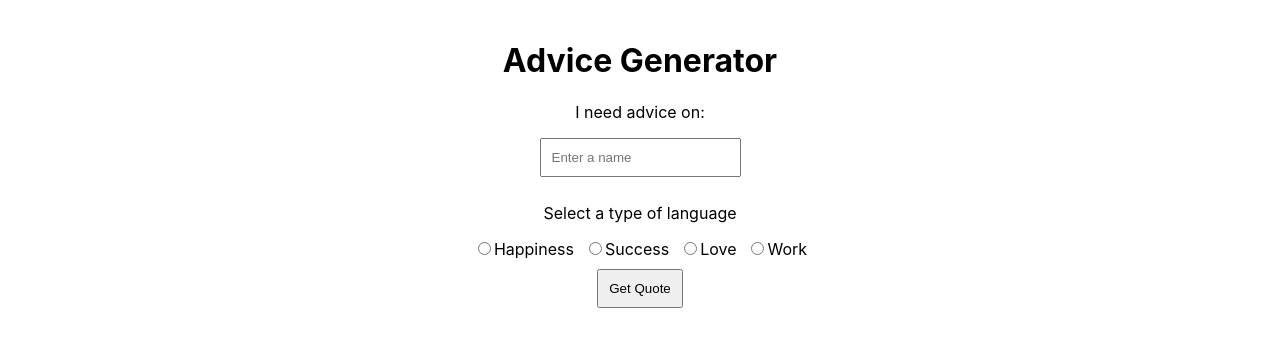
Repository: Allen-Feng-04/Advice_Generator
Page: /
An editor plug-in stored every save of this project. The page is shown before and after the next save, followed by the edit.
The browser window is 1280 px wide. The pictures show the whole page.
The project was rebuilt for these pictures with package versions that can differ from the ones it lists, and the page was loaded fresh each time.

Above is the page before, as saved 2024-10-27 00:43:23.

### public/index.html
<!DOCTYPE html>
<html lang="en">
  <head>
    <meta charset="utf-8" />
    <link rel="icon" href="%PUBLIC_URL%/favicon.ico" />
    <meta name="viewport" content="width=device-width, initial-scale=1" />
    <meta name="theme-color" content="#000000" />
    <meta
      name="description"
      content="Web site created using create-react-app"
    />
    <link rel="apple-touch-icon" href="%PUBLIC_URL%/logo192.png" />
    <!--
      manifest.json provides metadata used when your web app is installed on a
      user's mobile device or desktop. See https://developers.google.com/web/fundamentals/web-app-manifest/
    -->
    <link rel="manifest" href="%PUBLIC_URL%/manifest.json" />
    <!--
      Notice the use of %PUBLIC_URL% in the tags above.
      It will be replaced with the URL of the `public` folder during the build.
      Only files inside the `public` folder can be referenced from the HTML.

      Unlike "/favicon.ico" or "favicon.ico", "%PUBLIC_URL%/favicon.ico" will
      work correctly both with client-side routing and a non-root public URL.
      Learn how to configure a non-root public URL by running `npm run build`.
    -->
    <title>React Appdd</title>
  </head>
  <body>
    <noscript>You need to enable JavaScript to run this appfff.</noscript>
    <div id="root"></div>
    <!--
      This HTML file is a template.
      If you open it directly in the browser, you will see an empty page.

      You can add webfonts, meta tags, or analytics to this file.
      The build step will place the bundled scripts into the <body> tag.

      To begin the development, run `npm start` or `yarn start`.
      To create a production bundle, use `npm run build` or `yarn build`.
    -->
  </body>
</html>

### src/App.js
import React, { useState } from 'react';

function App() {
    // State to store the selected keyword
    const [keyword, setKeyword] = useState('');
    // State to store the entered name
    const [name, setName] = useState('');
    // State to store the quote fetched from the API
    const [quote, setQuote] = useState('');

    // Function to fetch a quote based on the selected keyword
    const fetchQuote = async () => {
        const apiUrl = `https://api.adviceslip.com/advice/search/${encodeURIComponent(name || 'Love')}`;
        try {
            const response = await fetch(apiUrl);
            const data = await response.json();
            setQuote(data["slips"][0]["advice"]); // Set the quote text
        } catch (error) {
            setQuote("Error fetching advice. Please try again later.");
        }
    };

    // Function to handle form submission
    const handleSubmit = (e) => {
        e.preventDefault();
        fetchQuote();
    };

    return (
        <div style={{ textAlign: 'center', padding: '20px' }}>
            <h1>Advice Generator</h1>
            <form onSubmit={handleSubmit}>
                <p>I need advice on:</p>
                <input
                    type="text"
                    value={name}
                    onChange={(e) => setName(e.target.value)}
                    placeholder="Enter a name"
                    style={{ padding: '10px', marginBottom: '10px' }}
                />
                <p>Select a type of language</p>
                <label>
                    <input
                        type="radio"
                        value="happiness"
                        checked={keyword === "happiness"}
                        onChange={(e) => setKeyword(e.target.value)}
                    />
                    Happiness
                </label>
                <label style={{ marginLeft: '10px' }}>
                    <input
                        type="radio"
                        value="success"
                        checked={keyword === "success"}
                        onChange={(e) => setKeyword(e.target.value)}
                    />
                    Success
                </label>
                <label style={{ marginLeft: '10px' }}>
                    <input
                        type="radio"
                        value="love"
                        checked={keyword === "love"}
                        onChange={(e) => setKeyword(e.target.value)}
                    />
                    Love
                </label>
                <label style={{ marginLeft: '10px' }}>
                    <input
                        type="radio"
                        value="work"
                        checked={keyword === "work"}
                        onChange={(e) => setKeyword(e.target.value)}
                    />
                    Work
                </label>
                <br />
                <button type="submit" style={{ padding: '10px', marginTop: '10px' }}>Get Quote</button>
            </form>
            <div style={{ marginTop: '20px' }}>
                {quote && <p style={{ fontSize: '1.5em', fontStyle: 'italic' }}>"{quote}"</p>}
            </div>
        </div>
    );
}

export default App;

Loaded but not shown: src/index.js (common file); src/index.css (common file); src/reportWebVitals.js (common file)

After the next save:
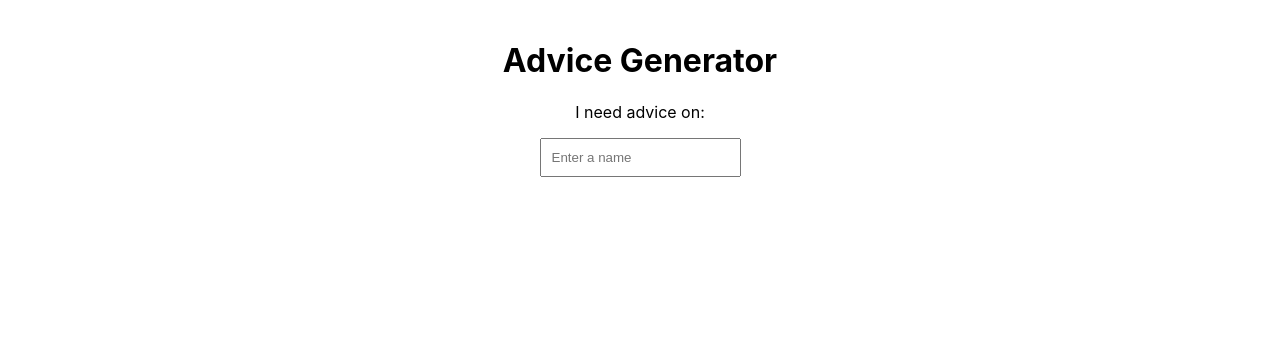
Saved 112 s later.
--- a/src/App.js
+++ b/src/App.js
@@ -38,45 +38,7 @@ function App() {
                     placeholder="Enter a name"
                     style={{ padding: '10px', marginBottom: '10px' }}
                 />
-                <p>Select a type of language</p>
-                <label>
-                    <input
-                        type="radio"
-                        value="happiness"
-                        checked={keyword === "happiness"}
-                        onChange={(e) => setKeyword(e.target.value)}
-                    />
-                    Happiness
-                </label>
-                <label style={{ marginLeft: '10px' }}>
-                    <input
-                        type="radio"
-                        value="success"
-                        checked={keyword === "success"}
-                        onChange={(e) => setKeyword(e.target.value)}
-                    />
-                    Success
-                </label>
-                <label style={{ marginLeft: '10px' }}>
-                    <input
-                        type="radio"
-                        value="love"
-                        checked={keyword === "love"}
-                        onChange={(e) => setKeyword(e.target.value)}
-                    />
-                    Love
-                </label>
-                <label style={{ marginLeft: '10px' }}>
-                    <input
-                        type="radio"
-                        value="work"
-                        checked={keyword === "work"}
-                        onChange={(e) => setKeyword(e.target.value)}
-                    />
-                    Work
-                </label>
-                <br />
-                <button type="submit" style={{ padding: '10px', marginTop: '10px' }}>Get Quote</button>
+
             </form>
             <div style={{ marginTop: '20px' }}>
                 {quote && <p style={{ fontSize: '1.5em', fontStyle: 'italic' }}>"{quote}"</p>}
